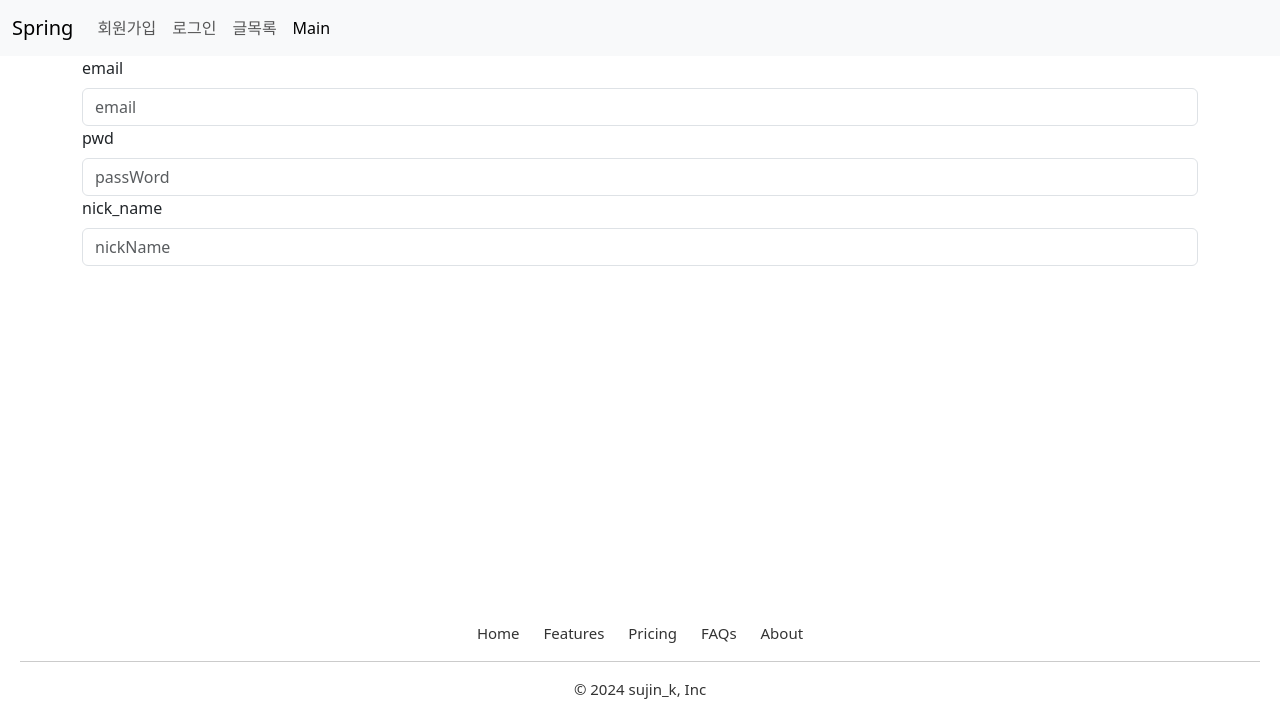
Repository: sujin1221/spring
Page: http://localhost/spring_test2/WEB-INF/views/member/modify.jsp
The author's editor kept a copy of each file at every save. The page is drawn from the files as they stood at one save, then again after the next save.
The browser window is 1280 px wide. The pictures show the whole page.
The page is served by Tomcat 9. Nobody is signed in. The template is opened directly, without the code that normally fills it, so the values that code supplies are empty.

Above is the page before, as saved 2024-01-16 00:19:35.
Console error: TypeError: Cannot read properties of null (reading 'addEventListener')

After the next save:
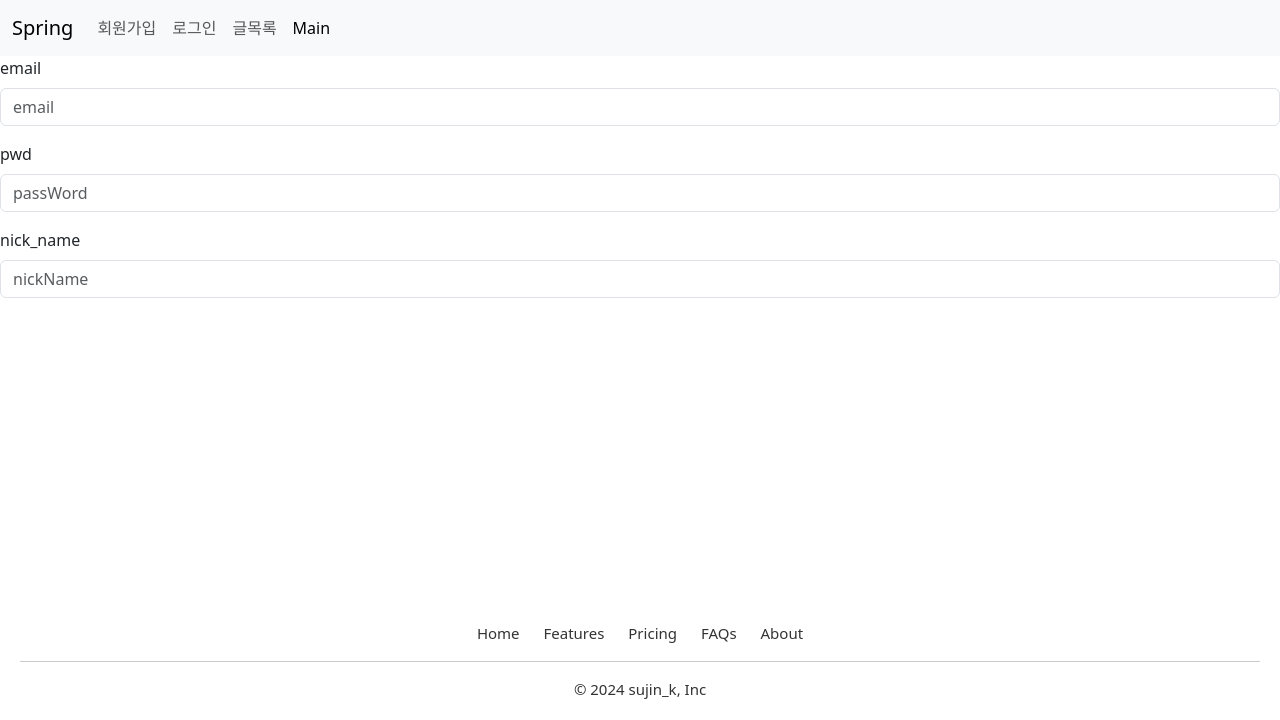
Saved 22 s later.
--- a/spring_test2/src/main/webapp/WEB-INF/views/member/modify.jsp
+++ b/spring_test2/src/main/webapp/WEB-INF/views/member/modify.jsp
@@ -5,17 +5,17 @@
 
 <jsp:include page = "../layout/header.jsp"></jsp:include>
 <form action="" method="post">
-<div class="container-md">
+<div class="mb-3">
 <label for="e" class="form-label">email</label>
   <input type="eamil" name="email" class="form-control" id="e" placeholder="email">
 </div>
 
-<div class="container-md">
+<div class="mb-3">
 <label for="p" class="form-label">pwd</label>
   <input type="password" name="pwd" class="form-control" id="p" placeholder="passWord">
 </div>
 
-<div class="container-md">
+<div class="mb-3">
 <label for="n" class="form-label">nick_name</label>
   <input type="text" name="nickName" class="form-control" id="n" placeholder="nickName">
 </div>
